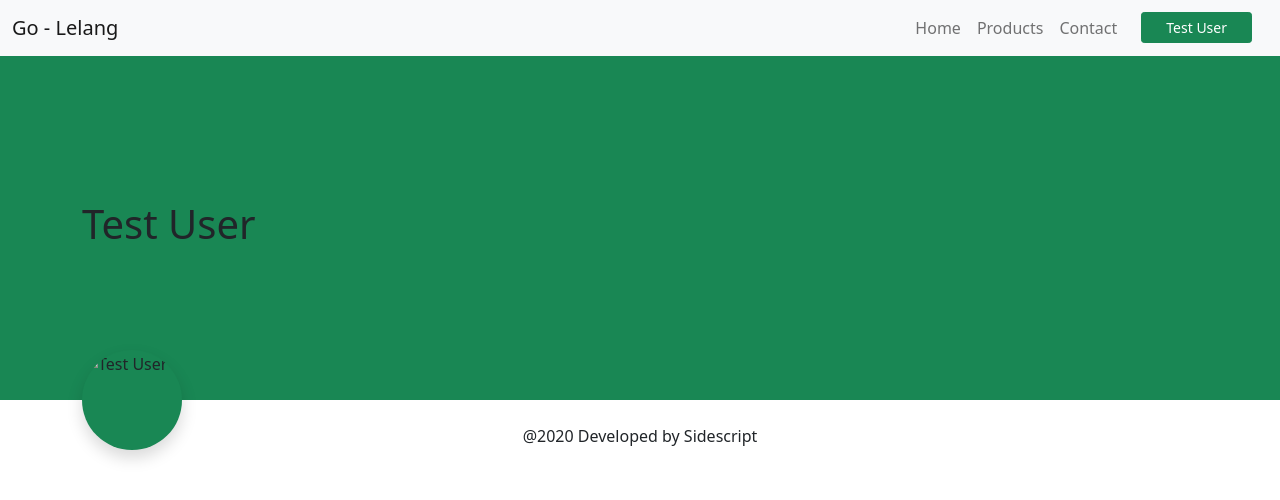
Repository: khulqu15/Go---Lelalng
Page: http://localhost/profile
An editor plug-in stored every save of this project. The page is shown before and after the next save, followed by the edit.
The browser window is 1280 px wide. The pictures show the whole page.
The page is served by the project's Laravel application, run on PHP 8.4 with Laravel 8. A made-up administrator, Test User (test@example.com), is signed in. Other server files are loaded and not shown.

Above is the page before, as saved 2021-02-22 20:19:27.

### routes/web.php
<?php

use App\Http\Controllers\DashboardController;
use App\Http\Controllers\PageController;
use App\Http\Controllers\UserController;
use Illuminate\Support\Facades\Route;

/*
|--------------------------------------------------------------------------
| Web Routes
|--------------------------------------------------------------------------
|
| Here is where you can register web routes for your application. These
| routes are loaded by the RouteServiceProvider within a group which
| contains the "web" middleware group. Now create something great!
|
*/

Route::get('/', [PageController::class, 'home'])->name('home');
Route::get('products', [PageController::class, 'products'])->name('products');
Route::get('product/{id}', [PageController::class, 'product'])->name('product');
Route::get('contact', [PageController::class, 'contact'])->name('contact');
Route::get('login', [PageController::class, 'login'])->name('login');
Route::get('register', [PageController::class, 'register'])->name('register');
Route::post('contact', [UserController::class, 'contactUs'])->name('contact.us');
Route::post('register', [UserController::class, 'register'])->name('register.post');
Route::post('login', [UserController::class, 'login'])->name('login.post');

Route::get('profile', [PageController::class, 'profile'])->name('profile');

Route::group(['middleware' => ['userDashboard']], function() {
    Route::get('dashboard', [DashboardController::class, 'index'])->name('dashboard');
    Route::get('dashboard/product', [DashboardController::class, 'product'])->name('dashboard.product');
    Route::get('dashboard/user', [DashboardController::class, 'user'])->name('dashboard.user');
    Route::get('dashboard/auction', [DashboardController::class, 'auction'])->name('dashboard.auction');
});

### app/Models/User.php
<?php

namespace App\Models;

use Illuminate\Contracts\Auth\MustVerifyEmail;
use Illuminate\Database\Eloquent\Factories\HasFactory;
use Illuminate\Foundation\Auth\User as Authenticatable;
use Illuminate\Notifications\Notifiable;
use Illuminate\Support\Facades\Hash;

class User extends Authenticatable
{
    use HasFactory, Notifiable;

    /**
     * The attributes that are mass assignable.
     *
     * @var array
     */
    protected $fillable = [
        'name',
        'email',
        'password',
    ];

    /**
     * The attributes that should be hidden for arrays.
     *
     * @var array
     */
    protected $hidden = [
        'password',
        'remember_token',
    ];

    /**
     * The attributes that should be cast to native types.
     *
     * @var array
     */
    protected $casts = [
        'email_verified_at' => 'datetime',
    ];

    public function Like()
    {
        return $this->hasMany(Like::class, 'user_id');
    }

    public function Auction()
    {
        return $this->hasMany(Auction::class, 'user_id');
    }

    public function isAdmin()
    {
        if($this->level == 'client') {
            return false;
        } else {
            return true;
        }
    }

    public function setPasswordAttribute($value)
    {
        $this->attributes['password'] = Hash::make($value);
    }
}

### app/Http/Controllers/PageController.php
<?php

namespace App\Http\Controllers;

use App\Models\Category;
use App\Models\Product;
use Illuminate\Http\Request;
use Illuminate\Support\Facades\Auth;

class PageController extends Controller
{
    public function home(Request $request)
    {
        $categories = Category::orderBy('id', 'DESC')->paginate(4);
        $query = Product::query();
        if($request->get('name')) {
            $products = $query->where('name', 'LIKE', '%'.$request->get('name').'%');
        }
        if($request->get('category')) {
            $products = $query->where('category_id', $request->get('category'));
        }
        $products = $query->with('Category')->orderBy('id', 'DESC')->paginate(3);
        return view('welcome', compact('products', 'categories'));
    }

    public function products(Request $request)
    {
        $categories = Category::orderBy('id', 'DESC')->paginate(4);
        $query = Product::query();
        if($request->get('name')) {
            $products = $query->where('name', 'LIKE', '%'.$request->get('name').'%');
        }
        if($request->get('category')) {
            $products = $query->where('category_id', $request->get('category'));
        }
        $products = $query->paginate(3);
        return view('page.products', compact('products', 'categories'));
    }

    public function product($id)
    {
        $product = Product::find($id);
        return view('page.product', compact('product'));
    }

    public function contact()
    {
        return view('page.contact');
    }

    public function login()
    {
        return view('auth.login');
    }

    public function register()
    {
        return view('auth.register');
    }

    public function profile()
    {
        if(Auth::check()) {
            return view('page.profile');
        }
        return redirect()->route('login')->with('error', 'Anda belum login');
    }
}

### resources/views/page/profile.blade.php
@extends('layout.app')

@section('title', Auth::user()->name)

@section('content')
<div class="container-fluid bg-success position-relative py-5">
    <div class="container py-5">
        <div class="row py-5">
            <div class="col-md-12">
                <div class="avatar-profile position-absolute shadow" style="bottom: -50px; width: 100px; height: 100px; border-radius: 100px;">
                    <img src="{{ asset('img/user/'.Auth::user()->avatar) }}" alt="{{ Auth::user()->name }}" class="image-fit-card">
                </div>
                <h1>{{ Auth::user()->name }}</h1>
            </div>
        </div>
    </div>
</div>
@endsection

### resources/views/layout/app.blade.php
<!DOCTYPE html>
<html lang="en">
<head>
    <meta charset="UTF-8">
    <meta name="viewport" content="width=device-width, initial-scale=1.0">
    <meta http-equiv="X-UA-Compatible" content="ie=edge">
    <title>GO - Lelang | @yield('title')</title>

    <script src="{{ mix('css/app.css') }}"></script>
    <link rel="stylesheet" href="{{ asset('css/bootstrap.min.css') }}">
    <link rel="stylesheet" href="{{ asset('css/all.min.css') }}">
    <link rel="stylesheet" href="{{ asset('css/fontawesome.min.css') }}">
    <link rel="stylesheet" href="{{ asset('css/style.css') }}">

    <script src="{{ mix('js/app.js') }}"></script>
    <script src="{{ asset('js/jquery-3.5.1.min.js') }}"></script>
    <script src="{{ asset('js/bootstrap.min.js') }}"></script>
    <script src="{{ asset('js/all.min.js') }}"></script>
    <script src="{{ asset('js/fontawesome.min.js') }}"></script>

</head>
<body>

    @if(\Session::has('success'))
    <div role="alert" class="alert alert-success alert-dismissible show position-fixed alert-respond fade">
        <ul class="mb-0 pb-0">
            <li>{{ \Session::get('success') }}</li>
        </ul>
        <button type="button" class="btn-close" data-bs-dismiss="alert" aria-label="Close"></button>
    </div>
    @endif
    @if(\Session::has('error'))
    <div role="alert" class="alert alert-danger alert-dismissible show position-fixed alert-respond fade">
        <ul class="mb-0 pb-0">
            <li>{{ \Session::get('error') }}</li>
        </ul>
        <button type="button" class="btn-close" data-bs-dismiss="alert" aria-label="Close"></button>
    </div>
    @endif

    <nav class="navbar navbar-expand-lg navbar-light bg-light">
        <div class="container-fluid">
            <a class="navbar-brand" href="{{ route('home') }}">Go - Lelang</a>
            <button class="navbar-toggler" type="button" data-bs-toggle="collapse" data-bs-target="#navbarSupportedContent" aria-controls="navbarSupportedContent" aria-expanded="false" aria-label="Toggle navigation">
                <span class="navbar-toggler-icon"></span>
            </button>
            <div class="collapse navbar-collapse" id="navbarSupportedContent">
                <ul class="navbar-nav ms-auto mb-2 mb-lg-0">
                    <li class="nav-item">
                        <a class="nav-link {{ Request::is('home') ? 'active' : '' }}" aria-current="page" href="{{ route('home') }}">Home</a>
                    </li>
                    <li class="nav-item">
                        <a class="nav-link {{ Request::is('products') ? 'active' : '' }}"" href="{{ route('products') }}">Products</a>
                    </li>
                    <li class="nav-item">
                        <a class="nav-link {{ Request::is('contact') ? 'active' : '' }}"" href="{{ route('contact') }}">Contact</a>
                    </li>
                    <li class="nav-item pt-1 px-3">
                        @if (Auth::check())
                            <button onclick="window.location = '{{ route('profile') }}'" class="btn btn-success btn-sm px-4">{{ Auth::user()->name }}</button>
                        @else
                            <button class="btn btn-success btn-sm px-4" onclick="window.location = '{{ route('login') }}'">Login</button>
                            <button class="btn btn-light btn-sm px-2" onclick="window.location = '{{ route('register') }}'">Register</button>
                        @endif
                    </li>
                </ul>
            </div>
        </div>
    </nav>

    @yield('content')

    <footer class="container-fluid py-4">
        <div class="row">
            <div class="col-md-12 text-center">
                <p class="mb-0">@2020 Developed by Sidescript</p>
            </div>
        </div>
    </footer>
</body>
</html>

### public/css/style.css
body {
    overflow-x: hidden !important;
}
.viga {
    font-family: 'Viga', sans-serif;
}
.bgm-primary {
    background-color: #198754 !important;
}
.bgm-primary-light {
    background-color: #FFCECE !important;
}
.btnm-primary {
    border: none;
    border-radius: 0px !important;
    transition: all .3s ease-in-out;
    background-color: #198754 !important;
    padding: 1rem 2rem;
    color: white;
}
.shadow-smooth {
    box-shadow: 10px 20px 49px -8px rgba(0, 0, 0, 0.08) !important;
}
.page-item.active .page-link {
    background-color: #198754 !important;
    border-color: #198754 !important;
    color: white !important;
}
.page-link {
    color: #198754 !important;
}
.text-right {
    text-align: right !important;
}
.text-left {
    text-align: left !important;
}
.text-sm {
    font-size: .8rem;
}
.text-center {
    text-align: center !important;
}
.cursor-point {
    cursor: pointer;
}
.btnm-primary:hover {
    color: white !important;
    background-color: #c01c1c !important;
}
.btnm-light {
    border: none;
    border-radius: 0px !important;
    transition: all .3s ease-in-out;
    background-color: #f2f2f2 !important;
    padding: 1rem 2rem;
    color: #292929;
}
.btnm-light:hover {
    color: #292929 !important;
    background-color: #c2c2c2 !important;
}
.textm-primary {
    color: #198754 !important;
}
.textm-gray {
    color: gray !important;
}

.input-search-home {
    width: 80%;
    position: absolute;
    left: 10%;
    height: 60px;
    box-shadow: 0px 20px 40px -6px rgba(0, 0, 0, 0.12);
    top: -50px;
    background-color: white;
}
.input-search-home input {
    height: 60px;
}
.input-search-home button,
.input-search-home a {
    position: relative;
    top: -10px;
}
.maxm-height {
    min-height: 70vh;
    max-height: 70vh !important;
    overflow-y: auto !important;
    overflow-x: hidden !important;
}


.card-product {
    width: 100%;
    transition: all .3s ease-in-out;
    height: 370px;
    background-color: white;
}
.card-product:hover {
    box-shadow: 12px 24px 48px rgba(0, 0, 0, 0.09);
}
.card-product .image {
    width: 100%;
    height: 170px;
    background-color: #f36c6c;
    overflow: hidden;
}
.card-product .image img {
    transition: all .3s ease-in-out;
}
.card-product .image:hover img {
    transform: scale(1.1);
    opacity: .6;
}
.card-product .like {
    width: 50px;
    height: 50px;
    border-radius: 50px;
    background-color: #fccece;
    color: #198754;
    position: absolute;
    line-height: 53px;
    text-align: center;
    z-index: 10;
    top: 140px;
    right: 20px;
    transition: all .3s ease-in-out;
}
.card-product .like:hover {
    cursor: pointer;
    background-color: #c01c1c;
    color: #FFCECE;
}
.card-product .liked {
    width: 50px;
    height: 50px;
    border-radius: 50px;
    background-color: #198754;
    color: #fccece;
    position: absolute;
    line-height: 53px;
    text-align: center;
    z-index: 10;
    top: 140px;
    right: 20px;
    transition: all .3s ease-in-out;
}
.card-product .like:hover {
    cursor: pointer;
    color: #c01c1c;
    background-color: #FFCECE;
}
.image-fit-card {
    width: 100%;
    height: 100%;
    object-fit: cover !important;
}
.card-product .line-category {
    display: inline-block;
    width: 20px;
    height: 3px;
    background-color: gray;
}

.bg-hammer-bottom {
    background: url('../img/wallpaper/hammer.png');
    background-attachment: fixed;
    background-position: center;
    background-size: cover;
}

.input-email-footer {
    position: relative;
    width: 100%;
    height: 70px;
    box-shadow: 0px 19px 38px rgba(0, 0, 0, 0.12);
    background-color: white;
}
.input-email-footer input {
    height: 70px;
    width: 100%;
}
.input-email-footer button {
    position: relative;
    top: -8px
}

.menu-footer {
    color: rgba(255, 255, 255, .5);
}
.menu-footer.active,
.menu-footer:hover {
    color: rgba(255, 255, 255, 1);
    cursor: pointer;
    transition: all .4s ease-in-out;
}
.menu-footer .icon {
    position: absolute;
    right: -50px;
    opacity: 0;
    transition: all .2s ease-in-out;
    visibility: hidden;
}
.menu-footer.active .icon,
.menu-footer:hover .icon {
    position: relative;
    opacity: 1;
    right: 0;
    visibility: visible;
}
.menu-footer .menu-title {
    transition: all .2s ease-in-out;
    position: relative;
    font-size: 3rem;
    right: -10px;
}
.menu-footer.active .menu-title,
.menu-footer:hover .menu-title {
    position: relative;
    right: 0px;
}

.icons-footer svg {
    transition: all .2s ease-in-out;
    color: #c2c2c2;
    margin: 0px .8rem;
    font-size: 1.4rem;
}

.icons-footer svg:hover {
    cursor: pointer;
    color: #767676;
}

.navbar {
    transition: all .3s ease-in-out;
    z-index: 100;
}
.burger {
    position: relative;
    top: -5px;
    margin: 10px 0px 0px 0px;
}
.burger div {
    width: 30px;
    height: 2px;
    margin: 7px 0px;
    position: relative;
    background-color: #767676;
    transition: all .3s ease-in-out;
}
.burger.times div:nth-child(1) {
    transform: rotate(45deg);
    top: 5px;
}
.burger.times div:nth-child(2) {
    transform: rotate(-45deg);
    top: -5px;
}

.navbar-fixed {
    position: fixed;
    width: 100%;
    z-index: 50;
    overflow-x: hidden !important;
    overflow-y: auto !important;
    height: 100%;
    top: 0;
    opacity: 1;
    transform: skew(0deg);
    background-color: white;
    visibility: visible;
    right: 0;
    transition: all .5s ease-in;
}
.avatar-sm {
    width: 40px;
    height: 40px;
    border-radius: 40px;
    overflow: hidden;
    display: inline-block;
}
.avatar-md {
    width: 50px;
    height: 50px;
    border-radius: 50px;
    overflow: hidden;
    display: inline-block;
}
.avatar-sm-navbar {
    width: 40px;
    height: 40px;
    border-radius: 40px;
    display: inline-block;
    right: 120px;
    position: absolute;
    z-index: 10;
    overflow: hidden;
    transition: all .3s ease-in-out;
    top: 24px;
    box-sizing: content-box;
}
.avatar-sm-navbar:hover {
    cursor: pointer;
    border: 4px solid gainsboro;
    top: 20px;
    right: 112px;
}
.navbar-fixed.hide {
    transform: skew(10deg) !important;
    opacity: 0 !important;
    right: -100% !important;
    visibility: hidden !important;
}
.menu-navbar {
    color: rgba(44, 44, 44, 0.5);
}
.menu-navbar.active,
.menu-navbar:hover {
    color: rgba(44, 44, 44, 1) !important;
    cursor: pointer;
    transition: all .4s ease-in-out;
}
.menu-navbar .icon {
    position: absolute;
    right: -50px;
    opacity: 0;
    transition: all .2s ease-in-out;
    visibility: hidden;
}
.menu-navbar.active .icon,
.menu-navbar:hover .icon {
    position: relative;
    opacity: 1;
    right: 0;
    visibility: visible;
}
.menu-navbar .menu-title {
    transition: all .2s ease-in-out;
    position: relative;
    font-size: 3rem;
    right: -10px;
}
.menu-navbar.active .menu-title,
.menu-navbar:hover .menu-title {
    position: relative !important;
    right: 0px !important;
}
a {
    text-decoration: none !important;
}
.full-page,
.bg-product {
    width: 100%;
    min-height: 100vh;
    overflow: hidden;
    position: relative;
    background-color: #292929;
}
.full-page {
    background-color: #f36c6c !important;
}
.bg-product img {
    opacity: .8;
}

.avatar-profile {
    width: 80px;
    margin: 0px auto;
    height: 80px;
    display: inline-block;
    border-radius: 80px;
    overflow: hidden !important;
    background-color: #198754;
}
.ellipsis-menu-right {
    top: 0;
    right: 0;
    margin: .7rem;
    font-size: 1.2rem;
}

.card-profile-navbar {
    background-color: white;
    width: 300px;
    position: relative;
    z-index: 100;
}
.card-auction {
    box-shadow: 0px 5px 15px rgba(0, 0, 0, 0.12);
    transition: all .3s ease-in-out;
}
.card-auction:hover {
    box-shadow: 0px 10px 30px rgba(0, 0, 0, 0.1);
}
.alert-respond {
    width: 50%;
    top: 20%;
    z-index: 100;
    left: 25%;
}
@media only screen and (max-width: 760px) {
    .alert-respond {
        z-index: 100;
        top: 20%;
        width: 80%;
        left: 10%;
    }
}

.btn-fab {
    position: fixed;
    right: 25px;
    bottom: 25px;
    z-index: 100;
}

.menu-ellipsis {
    width: 260px;
    overflow: hidden;
    right: 0;
    background-color: white;
    transition: all .3s ease-in-out;
    box-shadow: 0px 10px 20px rgba(0, 0, 0, 0.08);
}
.menu-ellipsis.hide {
    opacity: 0 !important;
    visibility: hidden !important;
    right: -20px !important;
}
.menu-ellipsis .item {
    padding: .7rem 1.4rem;
    transition: all .3s ease-in-out;
    text-align: right !important;
    cursor: pointer;
}
.menu-ellipsis .item:hover {
    background-color: gainsboro;
}

Loaded but not shown: app/Providers/AppServiceProvider.php (common file); app/Http/Controllers/Controller.php (common file); public/mix-manifest.json (common file); public/css/bootstrap.min.css (library); public/css/all.min.css (library); public/css/fontawesome.min.css (library); public/js/app.js (library); public/js/jquery-3.5.1.min.js (library); public/js/bootstrap.min.js (library); public/js/fontawesome.min.js (library); public/css/app.css (empty)

After the next save:
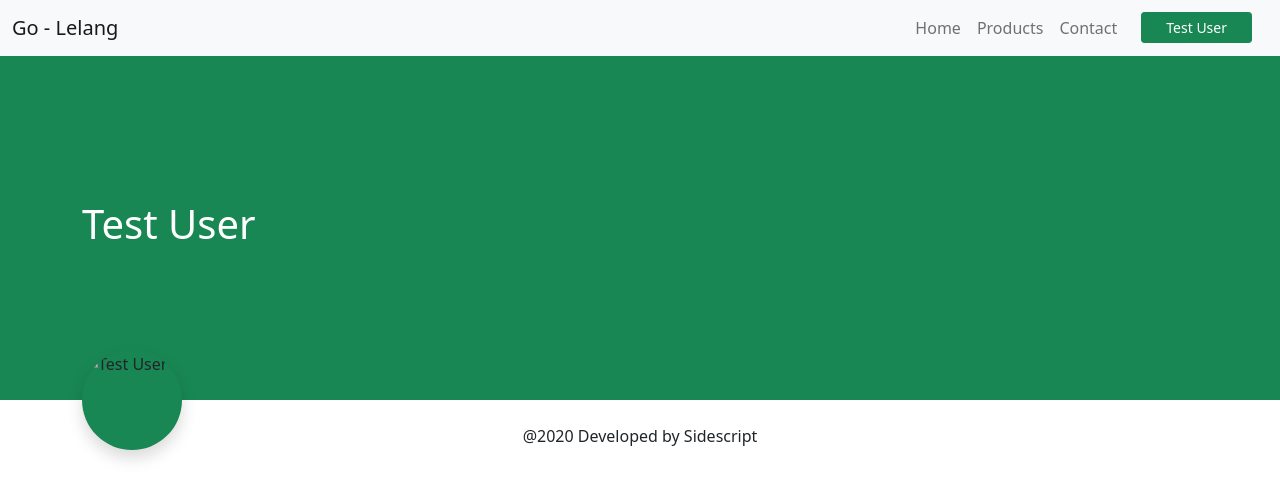
Saved 15 s later.
--- a/resources/views/page/profile.blade.php
+++ b/resources/views/page/profile.blade.php
@@ -10,7 +10,7 @@
                 <div class="avatar-profile position-absolute shadow" style="bottom: -50px; width: 100px; height: 100px; border-radius: 100px;">
                     <img src="{{ asset('img/user/'.Auth::user()->avatar) }}" alt="{{ Auth::user()->name }}" class="image-fit-card">
                 </div>
-                <h1>{{ Auth::user()->name }}</h1>
+                <h1 class="text-white">{{ Auth::user()->name }}</h1>
             </div>
         </div>
     </div>
